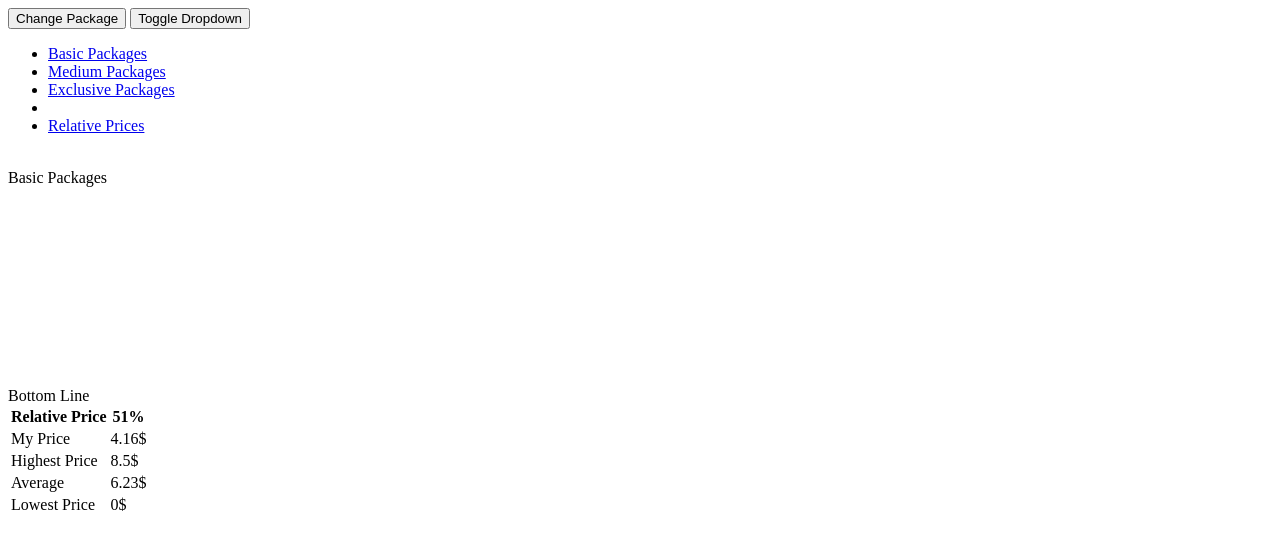
Repository: netaosman/Price-try-course
Page: prixceFrontEnd/src/main/webapp/Prixce_FrontEnd/HTML/Market/pricesPack/MedPackages.html
These files come from the project's save history. The page is drawn as it stood at one moment and after the next save; the edit follows.
The browser window is 1280 px wide. The pictures show the whole page.

Above is the page before, as saved 2017-09-24 14:38:22.

After the next save:
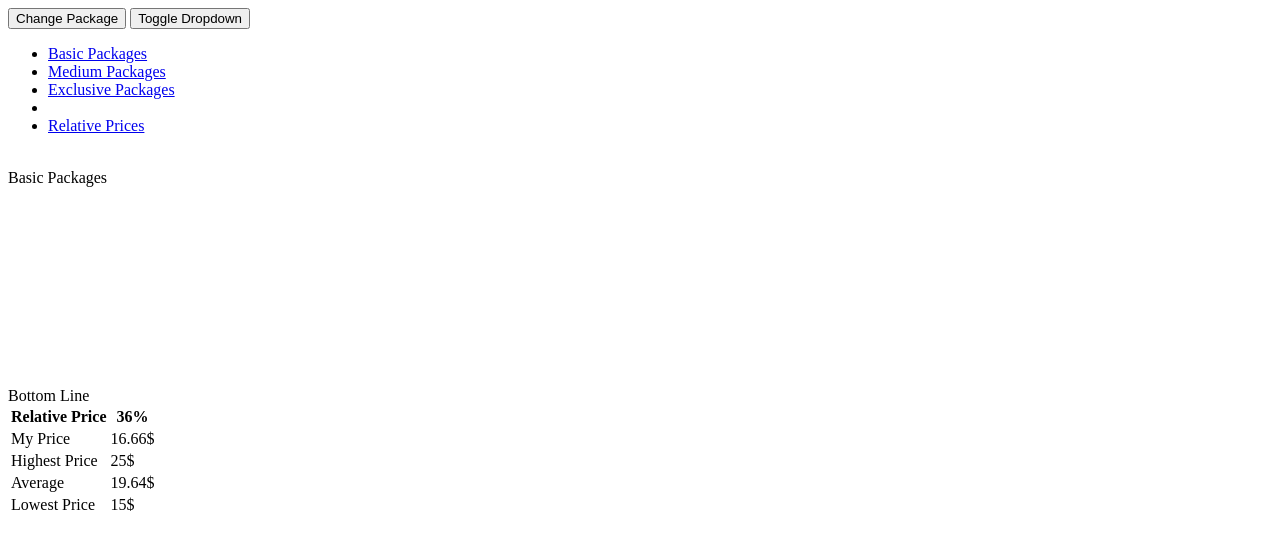
Saved 2 min 3 s later.
--- a/prixceFrontEnd/src/main/webapp/Prixce_FrontEnd/HTML/Market/pricesPack/MedPackages.html
+++ b/prixceFrontEnd/src/main/webapp/Prixce_FrontEnd/HTML/Market/pricesPack/MedPackages.html
@@ -32,47 +32,43 @@
 				</div>
 			</div>
 		</div>
-		<div class="col-xs-12 col-md-4">
-			<div class="panel panel-default-1">
-				<div class="panel-heading">Bottom Line</div>
-				<div class="panel-body">
-					<table class="table">
-						<thead>
-							<tr>
-								<th class="relative">Relative Price</th>
-								<th class="relative-price">51%</th>
-							</tr>
-						</thead>
-						<tbody>
-							<tr>
-								<td class="title-prices"><span
-									class="glyphicon glyphicon-hand-right" aria-hidden="true"></span>
-									My Price</td>
-								<td class="prices">4.16$</td>
-							</tr>
-							<tr>
-								<td class="title-prices"><span
-									class="glyphicon glyphicon-hand-up" aria-hidden="true"></span>
-									Highest Price</td>
-								<td class="prices">8.5$</td>
-							</tr>
-							<tr>
-								<td class="title-prices"><span
-									class="glyphicon glyphicon-hand-left" aria-hidden="true"></span>
-									Average</td>
-								<td class="prices">6.23$</td>
-							</tr>
-							<tr>
-								<td class="title-prices"><span
-									class="glyphicon glyphicon-thumbs-down" aria-hidden="true"></span>
-									Lowest Price</td>
-								<td class="prices">0$</td>
-							</tr>
-						</tbody>
+	    <div class="col-xs-12 col-md-4">
+                        <div class="panel panel-default-1">
+                            <div class="panel-heading">Bottom Line</div>
+                            <div class="panel-body">
+                                <table class="table">
+                                    <thead>
+                                        <tr>
+                                            <th class="relative">Relative Price</th>
+                                            <th class="relative-price">36%</th>
+                                        </tr>
+                                    </thead>
+                                    <tbody>
+                                        <tr>
+                                            <td class="title-prices"><span class="glyphicon glyphicon-hand-right" aria-hidden="true"></span> My Price</td>
+                                            <td class="prices">16.66$</td>
+                                        </tr>
+                                        <tr>
+                                            <td class="title-prices"><span class="glyphicon glyphicon-hand-up" aria-hidden="true"></span> Highest
+                                                Price
+                                            </td>
+                                            <td class="prices">25$</td>
+                                        </tr>
+                                        <tr>
+                                            <td class="title-prices"><span class="glyphicon glyphicon-hand-left" aria-hidden="true"></span> Average</td>
+                                            <td class="prices">19.64$</td>
+                                        </tr>
+                                        <tr>
+                                            <td class="title-prices"><span class="glyphicon glyphicon-thumbs-down" aria-hidden="true"></span> Lowest
+                                                Price
+                                            </td>
+                                            <td class="prices">15$</td>
+                                        </tr>
+                                    </tbody>
 
-					</table>
-				</div>
-			</div>
-		</div>
+                                </table>
+                            </div>
+                        </div>
+                    </div>
 	</div>
 </div>
